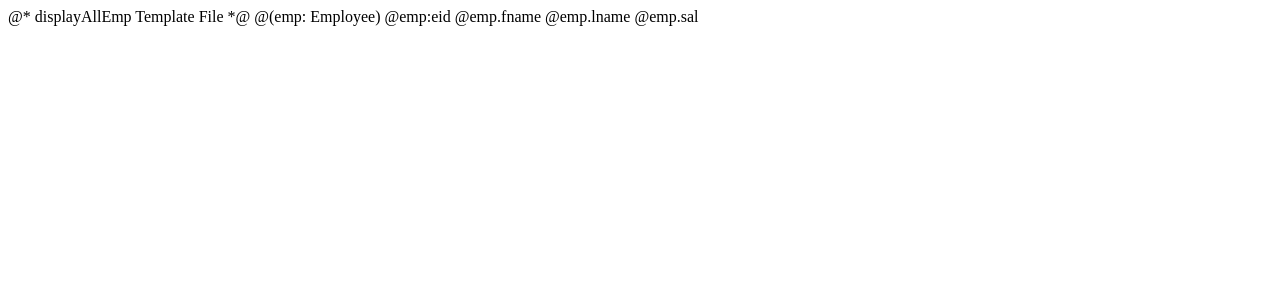
Repository: PoonamDeokar/SalesTool
Page: CrudDemo/app/views/displayAllEmp.scala.html
These files come from the project's save history. The page is drawn as it stood at one moment and after the next save; the edit follows.
The browser window is 1280 px wide. The pictures show the whole page.

Above is the page before, as saved 2016-09-16 10:13:06.

### CrudDemo/app/views/displayAllEmp.scala.html
@* displayAllEmp Template File *@
@(emp: Employee)
@emp:eid
@emp.fname
@emp.lname
@emp.sal

After the next save:
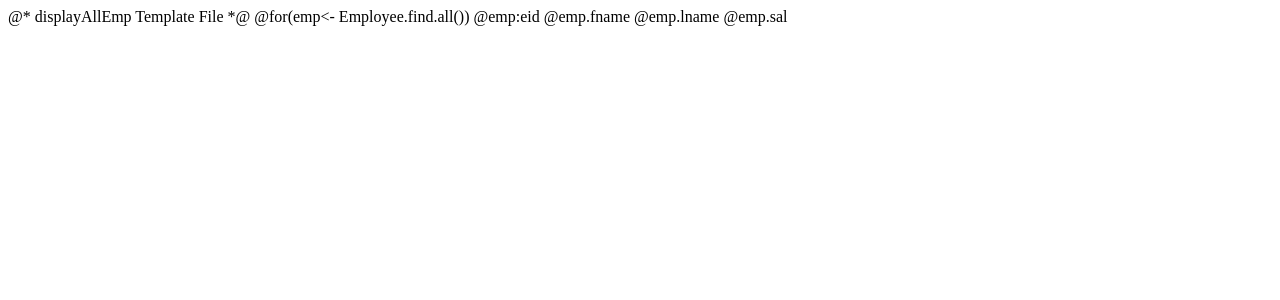
Saved 63 s later.
--- a/CrudDemo/app/views/displayAllEmp.scala.html
+++ b/CrudDemo/app/views/displayAllEmp.scala.html
@@ -1,5 +1,5 @@
 @* displayAllEmp Template File *@
-@(emp: Employee)
+@for(emp<- Employee.find.all())
 @emp:eid
 @emp.fname
 @emp.lname
